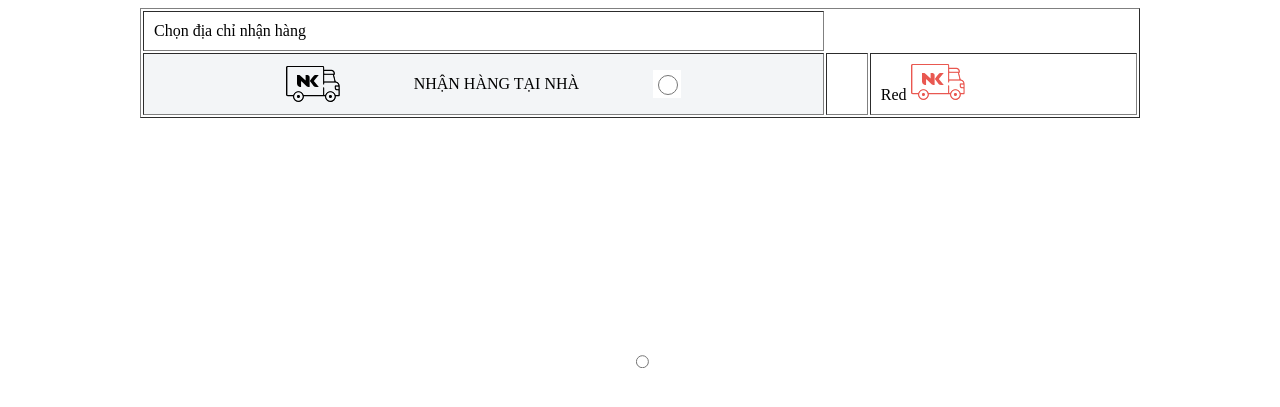
Repository: Tan-Khang21/TH_TKW--Buoi_04
Page: Bai_Tap_Tren_Lop/Bai_03/Bai_03.html
An editor plug-in stored every save of this project. The page is shown before and after the next save, followed by the edit.
The browser window is 1280 px wide. The pictures show the whole page.

Above is the page before, as saved 2024-03-07 22:38:08.

### Bai_Tap_Tren_Lop/Bai_03/Bai_03.html
<!DOCTYPE html>
<html lang="en">
  <head>
    <meta charset="UTF-8" />
    <meta name="viewport" content="width=device-width, initial-scale=1.0" />
    <link rel="stylesheet" href="style.css" />
    <title>Document</title>
  </head>
  <style>
    #redRadio:checked ~ #icon path {
      fill: yellow;
    }
  </style>
  <body>
    <form style="width: 1000px; margin: 0 auto">
      <table border="1px" cellpadding="10px" style="width: 1000px">
        <tr>
          <td>Chọn địa chỉ nhận hàng</td>
        </tr>
        <tr>
          <td align="center" bgcolor="#f3f5f7">
            <div
              style="
                width: 60%;
                display: flex;
                align-items: center;
                justify-content: space-between;
              "
            >
              <svg
                id="icon"
                width="54"
                height="36"
                viewBox="0 0 54 36"
                fill="none"
              >
                <path
                  d="M44.4198 36C41.4513 36 39.0225 33.5712 39.0225 30.6027C39.0225 30.4138 38.8606 30.1709 38.6717 30.1709H18.1889C18 30.1709 17.8381 30.3328 17.8381 30.5217C17.8381 33.5442 15.4093 35.973 12.4408 35.973C9.47226 35.973 7.04348 33.5442 7.04348 30.5757C7.04348 30.3868 6.88156 30.1439 6.69265 30.1439H1.75412C0.944528 30.1439 0.134933 29.5232 0 28.8486V28.6597V1.51124C0 0.674663 0.944528 0 1.75412 0H36.6477C37.4843 0 38.1589 0.674663 38.1589 1.51124V3.50825C38.1589 3.69715 38.3208 3.85907 38.5097 3.85907H45.3643C47.2804 3.85907 48.8186 5.3973 48.8186 7.31334V8.28486C48.8186 8.52774 48.6297 8.77061 48.3868 8.82459C48.2789 8.85157 48.1979 8.90555 48.1439 8.98651C48.09 9.06747 48.09 9.17541 48.09 9.25637L49.6012 15.2744C49.6282 15.4093 49.7631 15.5172 49.8981 15.5442C52.03 15.8681 53.6492 17.7571 53.6492 19.916V29.6042C53.6492 29.901 53.4063 30.1439 53.1095 30.1439H50.1409C49.952 30.1439 49.7901 30.3058 49.7901 30.4948C49.8171 33.5712 47.3883 36 44.4198 36ZM44.4198 26.2849C42.045 26.2849 40.1289 28.2279 40.1289 30.5757C40.1289 32.9235 42.072 34.8666 44.4198 34.8666C46.7946 34.8666 48.7107 32.9505 48.7107 30.5757C48.7107 28.2009 46.7946 26.2849 44.4198 26.2849ZM12.4408 26.2849C10.066 26.2849 8.14993 28.2279 8.14993 30.5757C8.14993 32.9235 10.093 34.8666 12.4408 34.8666C14.7886 34.8666 16.7316 32.9775 16.7316 30.6027C16.7316 28.2279 14.7886 26.2849 12.4408 26.2849ZM44.4198 25.2054C46.7136 25.2054 48.7646 26.6627 49.5202 28.8486C49.5742 28.9835 49.7092 29.0915 49.8711 29.0915H52.2459C52.4348 29.0915 52.5967 28.9295 52.5967 28.7406V24.7196C52.5967 24.5307 52.4348 24.3688 52.2459 24.3688H51.2204C49.8441 24.3688 48.7376 23.2624 48.7376 21.8861V19.943C48.7376 19.6462 48.9805 19.4033 49.2774 19.4033H52.084C52.1919 19.4033 52.2999 19.3493 52.3808 19.2414C52.4348 19.1604 52.4618 19.0255 52.4348 18.9175C52.003 17.5412 50.7077 16.5967 49.2774 16.5967H38.5637C38.3748 16.5967 38.2129 16.7586 38.2129 16.9475V17.973C38.2129 18.2699 37.97 18.5127 37.6732 18.5127C37.3763 18.5127 37.1334 18.2699 37.1334 17.973V1.51124C37.1334 1.32234 36.9175 1.07946 36.7017 1.07946H1.75412C1.56522 1.07946 1.34933 1.32234 1.34933 1.51124V28.6597C1.34933 28.8486 1.56522 29.0915 1.78111 29.0915H7.01649C7.17841 29.0915 7.31334 28.9835 7.36732 28.8486C8.12294 26.6627 10.1739 25.2054 12.4678 25.2054C14.7616 25.2054 16.8126 26.6627 17.5682 28.8486C17.6222 28.9835 17.7571 29.0915 17.919 29.0915H36.7826C36.9715 29.0915 37.1334 28.9295 37.1334 28.7406V21.8861C37.1334 21.5892 37.3763 21.3463 37.6732 21.3463C37.97 21.3463 38.2129 21.5892 38.2129 21.8861V28.7406C38.2129 28.9295 38.3748 29.0915 38.5637 29.0915H38.9955C39.1574 29.0915 39.2924 28.9835 39.3463 28.8486C40.075 26.6627 42.1259 25.2054 44.4198 25.2054ZM50.1679 20.4828C49.979 20.4828 49.8171 20.6447 49.8171 20.8336V21.8591C49.8171 22.6147 50.4378 23.2624 51.2204 23.2624H52.2459C52.4348 23.2624 52.5967 23.1005 52.5967 22.9115V20.8606C52.5967 20.6717 52.4348 20.5097 52.2459 20.5097H50.1679V20.4828ZM38.5367 8.85157C38.3478 8.85157 38.1859 9.01349 38.1859 9.2024V15.1394C38.1859 15.3283 38.3478 15.4903 38.5367 15.4903H48.09C48.1979 15.4903 48.3059 15.4363 48.3868 15.3553C48.4678 15.2744 48.4678 15.1394 48.4408 15.0315L46.9565 9.09445C46.9026 8.93253 46.7676 8.82459 46.6057 8.82459H38.5367V8.85157ZM38.5367 4.96552C38.3478 4.96552 38.1859 5.12744 38.1859 5.31634V7.36732C38.1859 7.55622 38.3478 7.71814 38.5367 7.71814H47.3883C47.5772 7.71814 47.7391 7.55622 47.7391 7.36732C47.7391 6.01799 46.6867 4.93853 45.3643 4.93853H38.5367V4.96552Z"
                  fill="black"
                />
                <path
                  d="M44.4198 35.7301C41.5862 35.7301 39.2923 33.4363 39.2923 30.6027C39.2923 30.2789 39.0225 29.9011 38.6716 29.9011H18.1889C17.8381 29.9011 17.5682 30.1979 17.5682 30.5217C17.5682 31.925 17.0285 33.2204 16.0569 34.1919C15.0854 35.1634 13.8171 35.7032 12.4408 35.7032C9.60717 35.7032 7.31331 33.4093 7.31331 30.5757C7.31331 30.2519 7.04345 29.8741 6.69262 29.8741H1.75409C1.07943 29.8741 0.377782 29.3613 0.269836 28.7946V28.6327V1.51125C0.269836 0.836584 1.07943 0.269867 1.75409 0.269867H36.6476C37.3223 0.269867 37.889 0.836584 37.889 1.51125V3.50825C37.889 3.85907 38.1859 4.12894 38.5097 4.12894H45.3643C47.1184 4.12894 48.5487 5.55922 48.5487 7.31335V8.28486C48.5487 8.41979 48.4677 8.52774 48.3328 8.55472C48.1709 8.58171 48.009 8.68966 47.928 8.82459C47.847 8.95952 47.8201 9.14843 47.847 9.31035L49.3583 15.3283C49.4123 15.5712 49.6282 15.7601 49.871 15.8141C51.895 16.1109 53.4063 17.8921 53.4063 19.916V29.6042C53.4063 29.7661 53.2713 29.8741 53.1364 29.8741H50.1679C49.8171 29.8741 49.5472 30.1709 49.5472 30.4948C49.5472 31.8981 49.0075 33.1934 48.036 34.1649C47.0644 35.1904 45.7961 35.7301 44.4198 35.7301ZM44.4198 26.015C41.91 26.015 39.859 28.066 39.859 30.5757C39.859 33.0855 41.91 35.1364 44.4198 35.1364C46.9295 35.1364 48.9805 33.0855 48.9805 30.5757C48.9805 28.066 46.9295 26.015 44.4198 26.015ZM12.4408 26.015C9.93101 26.015 7.88003 28.066 7.88003 30.5757C7.88003 33.0855 9.93101 35.1364 12.4408 35.1364C14.9505 35.1364 17.0015 33.1124 17.0015 30.6027C17.0015 28.066 14.9505 26.015 12.4408 26.015ZM44.4198 25.4753C46.6057 25.4753 48.5487 26.8516 49.2503 28.9295C49.3313 29.1724 49.5742 29.3613 49.844 29.3613H52.2189C52.5697 29.3613 52.8396 29.0645 52.8396 28.7406V24.7196C52.8396 24.3688 52.5427 24.099 52.2189 24.099H51.1934C49.979 24.099 48.9805 23.1005 48.9805 21.8861V19.943C48.9805 19.7811 49.1154 19.6732 49.2503 19.6732H52.0839C52.2728 19.6732 52.4887 19.5652 52.5967 19.4033C52.7046 19.2414 52.7586 19.0255 52.6776 18.8366C52.1919 17.3523 50.8156 16.3268 49.2503 16.3268H38.5367C38.1859 16.3268 37.916 16.6237 37.916 16.9475V17.973C37.916 18.1349 37.7811 18.2429 37.6461 18.2429C37.4842 18.2429 37.3763 18.1079 37.3763 17.973V1.51125C37.3763 1.16042 37.0255 0.809597 36.6746 0.809597H1.75409C1.40327 0.809597 1.07943 1.16042 1.07943 1.51125V28.6597C1.07943 29.0105 1.43026 29.3613 1.78108 29.3613H7.01646C7.28633 29.3613 7.52921 29.1994 7.61017 28.9295C8.3388 26.8516 10.2818 25.4753 12.4408 25.4753C14.6267 25.4753 16.5697 26.8516 17.2713 28.9295C17.3523 29.1724 17.5952 29.3613 17.865 29.3613H36.7286C37.0794 29.3613 37.3493 29.0645 37.3493 28.7406V21.8861C37.3493 21.7241 37.4842 21.6162 37.6192 21.6162C37.7541 21.6162 37.889 21.7511 37.889 21.8861V28.7406C37.889 29.0915 38.1859 29.3613 38.5097 29.3613H38.9415C39.2114 29.3613 39.4542 29.1994 39.5352 28.9295C40.2908 26.8516 42.2339 25.4753 44.4198 25.4753ZM50.1679 20.2129C49.8171 20.2129 49.5472 20.5097 49.5472 20.8336V21.8591C49.5472 22.7766 50.3028 23.5322 51.2204 23.5322H52.2458C52.5967 23.5322 52.8665 23.2354 52.8665 22.9115V20.8606C52.8665 20.5097 52.5697 20.2399 52.2458 20.2399H50.1679V20.2129ZM38.5367 8.58171C38.1859 8.58171 37.916 8.87856 37.916 9.2024V15.1394C37.916 15.4903 38.2129 15.7601 38.5367 15.7601H48.0899C48.2788 15.7601 48.4677 15.6792 48.6027 15.5172C48.7106 15.3553 48.7646 15.1664 48.7106 14.9775L47.2264 9.04048C47.1454 8.77062 46.9025 8.55472 46.6057 8.55472H38.5367V8.58171ZM38.5367 4.69565C38.1859 4.69565 37.916 4.99251 37.916 5.31634V7.36732C37.916 7.71814 38.2129 7.98801 38.5367 7.98801H47.3883C47.7391 7.98801 48.009 7.69116 48.009 7.36732C48.009 5.85607 46.8485 4.66867 45.3643 4.66867H38.5367V4.69565Z"
                  fill="black"
                />
                <path
                  d="M12.4408 32.114C11.6042 32.114 10.9296 31.4393 10.9296 30.6027C10.9296 29.7661 11.6042 29.0915 12.4408 29.0915C13.2774 29.0915 13.9521 29.7661 13.9521 30.6027C13.9521 31.4393 13.2774 32.114 12.4408 32.114Z"
                  fill="black"
                />
                <path
                  d="M12.4408 31.8441C11.7661 31.8441 11.1994 31.2774 11.1994 30.6027C11.1994 29.928 11.7661 29.3613 12.4408 29.3613C13.1154 29.3613 13.6822 29.928 13.6822 30.6027C13.6822 31.2774 13.1154 31.8441 12.4408 31.8441Z"
                  fill="black"
                />
                <path
                  d="M44.4198 32.114C43.5832 32.114 42.9086 31.4393 42.9086 30.6027C42.9086 29.7661 43.5832 29.0915 44.4198 29.0915C45.2564 29.0915 45.9311 29.7661 45.9311 30.6027C45.9311 31.4393 45.2564 32.114 44.4198 32.114Z"
                  fill="black"
                />
                <path
                  d="M44.4198 31.8441C43.7451 31.8441 43.1784 31.2774 43.1784 30.6027C43.1784 29.928 43.7451 29.3613 44.4198 29.3613C45.0944 29.3613 45.6612 29.928 45.6612 30.6027C45.6612 31.2774 45.0944 31.8441 44.4198 31.8441Z"
                  fill="black"
                />
                <path
                  d="M15.0767 14.8238V20.9712C14.8826 21.0359 14.6884 20.9712 14.559 20.9712C14.1061 20.9712 13.7178 20.9065 13.2648 20.7771C12.0354 20.3889 11.3235 19.5476 11.1294 18.3182C11.0647 17.9299 11 17.5416 11 17.2181C11 14.565 11 11.9119 11 9.32355V9C11.0647 9 11.0647 9 11.1294 9C11.7118 9 12.2942 9 12.8766 9.06471C13.2001 9.06471 13.5237 9.12942 13.7825 9.25884C14.0413 9.32355 14.2355 9.51768 14.4296 9.64709C16.0473 11.2001 17.7298 12.8179 19.3475 14.3709C19.4122 14.4356 19.4769 14.5003 19.5416 14.565C19.6063 14.5003 19.6064 14.4356 19.6064 14.3709C19.6064 13.7885 19.6064 13.2061 19.6064 12.6237V9.25884V9C20.1887 9 20.7711 9 21.2888 9C21.5476 9 21.8712 9.06471 22.13 9.12942C22.9712 9.32355 23.4242 9.84122 23.5536 10.6824C23.6183 10.9413 23.6183 11.2001 23.6183 11.459C23.6183 12.6237 23.6183 13.7885 23.6183 14.9533C23.6183 16.8945 23.6183 18.9005 23.6183 20.8418C23.6183 20.9065 23.6183 20.9065 23.6183 20.9712H23.5536C22.8418 20.9712 22.1947 20.9065 21.5476 20.7124C21.1594 20.583 20.8358 20.3889 20.577 20.13C19.2181 18.8358 17.8592 17.5416 16.5003 16.2475C16.0473 15.7945 15.5944 15.4062 15.1414 14.9533C15.2061 14.9533 15.1414 14.8886 15.0767 14.8238Z"
                  fill="black"
                />
                <path
                  d="M32.807 20.9712C32.7423 20.9712 32.6776 20.9712 32.6776 20.9712C31.6423 20.9712 30.6069 20.9712 29.5716 20.9712C29.3127 20.9712 29.0539 20.9065 28.8598 20.8418C28.3421 20.7124 27.9538 20.3889 27.6303 20.0006C26.4008 18.3182 25.1713 16.7004 23.8771 15.018L23.8124 14.9533C24.0713 14.6297 24.2654 14.2415 24.5242 13.9179C25.4302 12.6237 26.4008 11.3942 27.4362 10.1648C27.5009 10.0354 27.695 9.84122 27.8244 9.64709C28.2127 9.25884 28.6656 9.06471 29.1833 9C29.4422 9 29.7657 9 30.0245 9C30.8658 9 31.707 9 32.4835 9H32.7423C31.0599 10.9413 29.3774 12.8826 27.8244 15.018C29.5069 17.024 31.1246 18.9652 32.807 20.9712Z"
                  fill="black"
                />
              </svg>
              <label for="redRadio">NHẬN HÀNG TẠI NHÀ</label>
              <div
                style="
                  width: 28px;
                  height: 28px;
                  background-color: white;
                  position: relative;
                "
              >
                <input
                  type="radio"
                  id="redRadio"
                  name="color"
                  value="red"
                  style="
                    accent-color: red;
                    width: 20px;
                    height: 20px;
                    background-color: white;
                    box-sizing: border-box;
                    position: absolute;
                    top: 50%;
                    left: 50%;
                    transform: translate(-70%, -60%);
                  "
                />
              </div>
            </div>
          </td>
          <td style="width: 20px"></td>
          <td>
            <input type="radio" id="redRadio" name="color" value="red" style="accent-color: red;position: absolute;
            top: 50%;
            left: 50%;
            transform: translate(-70%, -60%);" />

            <label for="redRadio">Red</label>

            <svg id="icon" width="54" height="36" viewBox="0 0 54 36" fill="none" xmlns="http://www.w3.org/2000/svg">
                <g clip-path="url(#clip0)">
                <path d="M44.4198 36C41.4513 36 39.0225 33.5712 39.0225 30.6027C39.0225 30.4138 38.8606 30.1709 38.6717 30.1709H18.1889C18 30.1709 17.8381 30.3328 17.8381 30.5217C17.8381 33.5442 15.4093 35.973 12.4408 35.973C9.47226 35.973 7.04348 33.5442 7.04348 30.5757C7.04348 30.3868 6.88156 30.1439 6.69265 30.1439H1.75412C0.944528 30.1439 0.134933 29.5232 0 28.8486V28.6597V1.51124C0 0.674663 0.944528 0 1.75412 0H36.6477C37.4843 0 38.1589 0.674663 38.1589 1.51124V3.50825C38.1589 3.69715 38.3208 3.85907 38.5097 3.85907H45.3643C47.2804 3.85907 48.8186 5.3973 48.8186 7.31334V8.28486C48.8186 8.52774 48.6297 8.77061 48.3868 8.82459C48.2789 8.85157 48.1979 8.90555 48.1439 8.98651C48.09 9.06747 48.09 9.17541 48.09 9.25637L49.6012 15.2744C49.6282 15.4093 49.7631 15.5172 49.8981 15.5442C52.03 15.8681 53.6492 17.7571 53.6492 19.916V29.6042C53.6492 29.901 53.4063 30.1439 53.1095 30.1439H50.1409C49.952 30.1439 49.7901 30.3058 49.7901 30.4948C49.8171 33.5712 47.3883 36 44.4198 36ZM44.4198 26.2849C42.045 26.2849 40.1289 28.2279 40.1289 30.5757C40.1289 32.9235 42.072 34.8666 44.4198 34.8666C46.7946 34.8666 48.7107 32.9505 48.7107 30.5757C48.7107 28.2009 46.7946 26.2849 44.4198 26.2849ZM12.4408 26.2849C10.066 26.2849 8.14993 28.2279 8.14993 30.5757C8.14993 32.9235 10.093 34.8666 12.4408 34.8666C14.7886 34.8666 16.7316 32.9775 16.7316 30.6027C16.7316 28.2279 14.7886 26.2849 12.4408 26.2849ZM44.4198 25.2054C46.7136 25.2054 48.7646 26.6627 49.5202 28.8486C49.5742 28.9835 49.7092 29.0915 49.8711 29.0915H52.2459C52.4348 29.0915 52.5967 28.9295 52.5967 28.7406V24.7196C52.5967 24.5307 52.4348 24.3688 52.2459 24.3688H51.2204C49.8441 24.3688 48.7376 23.2624 48.7376 21.8861V19.943C48.7376 19.6462 48.9805 19.4033 49.2774 19.4033H52.084C52.1919 19.4033 52.2999 19.3493 52.3808 19.2414C52.4348 19.1604 52.4618 19.0255 52.4348 18.9175C52.003 17.5412 50.7077 16.5967 49.2774 16.5967H38.5637C38.3748 16.5967 38.2129 16.7586 38.2129 16.9475V17.973C38.2129 18.2699 37.97 18.5127 37.6732 18.5127C37.3763 18.5127 37.1334 18.2699 37.1334 17.973V1.51124C37.1334 1.32234 36.9175 1.07946 36.7017 1.07946H1.75412C1.56522 1.07946 1.34933 1.32234 1.34933 1.51124V28.6597C1.34933 28.8486 1.56522 29.0915 1.78111 29.0915H7.01649C7.17841 29.0915 7.31334 28.9835 7.36732 28.8486C8.12294 26.6627 10.1739 25.2054 12.4678 25.2054C14.7616 25.2054 16.8126 26.6627 17.5682 28.8486C17.6222 28.9835 17.7571 29.0915 17.919 29.0915H36.7826C36.9715 29.0915 37.1334 28.9295 37.1334 28.7406V21.8861C37.1334 21.5892 37.3763 21.3463 37.6732 21.3463C37.97 21.3463 38.2129 21.5892 38.2129 21.8861V28.7406C38.2129 28.9295 38.3748 29.0915 38.5637 29.0915H38.9955C39.1574 29.0915 39.2924 28.9835 39.3463 28.8486C40.075 26.6627 42.1259 25.2054 44.4198 25.2054ZM50.1679 20.4828C49.979 20.4828 49.8171 20.6447 49.8171 20.8336V21.8591C49.8171 22.6147 50.4378 23.2624 51.2204 23.2624H52.2459C52.4348 23.2624 52.5967 23.1005 52.5967 22.9115V20.8606C52.5967 20.6717 52.4348 20.5097 52.2459 20.5097H50.1679V20.4828ZM38.5367 8.85157C38.3478 8.85157 38.1859 9.01349 38.1859 9.2024V15.1394C38.1859 15.3283 38.3478 15.4903 38.5367 15.4903H48.09C48.1979 15.4903 48.3059 15.4363 48.3868 15.3553C48.4678 15.2744 48.4678 15.1394 48.4408 15.0315L46.9565 9.09445C46.9026 8.93253 46.7676 8.82459 46.6057 8.82459H38.5367V8.85157ZM38.5367 4.96552C38.3478 4.96552 38.1859 5.12744 38.1859 5.31634V7.36732C38.1859 7.55622 38.3478 7.71814 38.5367 7.71814H47.3883C47.5772 7.71814 47.7391 7.55622 47.7391 7.36732C47.7391 6.01799 46.6867 4.93853 45.3643 4.93853H38.5367V4.96552Z" fill="#E95851"/>
                <path d="M44.4198 35.7301C41.5862 35.7301 39.2923 33.4363 39.2923 30.6027C39.2923 30.2789 39.0225 29.9011 38.6716 29.9011H18.1889C17.8381 29.9011 17.5682 30.1979 17.5682 30.5217C17.5682 31.925 17.0285 33.2204 16.0569 34.1919C15.0854 35.1634 13.8171 35.7032 12.4408 35.7032C9.60717 35.7032 7.31331 33.4093 7.31331 30.5757C7.31331 30.2519 7.04345 29.8741 6.69262 29.8741H1.75409C1.07943 29.8741 0.377782 29.3613 0.269836 28.7946V28.6327V1.51125C0.269836 0.836584 1.07943 0.269867 1.75409 0.269867H36.6476C37.3223 0.269867 37.889 0.836584 37.889 1.51125V3.50825C37.889 3.85907 38.1859 4.12894 38.5097 4.12894H45.3643C47.1184 4.12894 48.5487 5.55922 48.5487 7.31335V8.28486C48.5487 8.41979 48.4677 8.52774 48.3328 8.55472C48.1709 8.58171 48.009 8.68966 47.928 8.82459C47.847 8.95952 47.8201 9.14843 47.847 9.31035L49.3583 15.3283C49.4123 15.5712 49.6282 15.7601 49.871 15.8141C51.895 16.1109 53.4063 17.8921 53.4063 19.916V29.6042C53.4063 29.7661 53.2713 29.8741 53.1364 29.8741H50.1679C49.8171 29.8741 49.5472 30.1709 49.5472 30.4948C49.5472 31.8981 49.0075 33.1934 48.036 34.1649C47.0644 35.1904 45.7961 35.7301 44.4198 35.7301ZM44.4198 26.015C41.91 26.015 39.859 28.066 39.859 30.5757C39.859 33.0855 41.91 35.1364 44.4198 35.1364C46.9295 35.1364 48.9805 33.0855 48.9805 30.5757C48.9805 28.066 46.9295 26.015 44.4198 26.015ZM12.4408 26.015C9.93101 26.015 7.88003 28.066 7.88003 30.5757C7.88003 33.0855 9.93101 35.1364 12.4408 35.1364C14.9505 35.1364 17.0015 33.1124 17.0015 30.6027C17.0015 28.066 14.9505 26.015 12.4408 26.015ZM44.4198 25.4753C46.6057 25.4753 48.5487 26.8516 49.2503 28.9295C49.3313 29.1724 49.5742 29.3613 49.844 29.3613H52.2189C52.5697 29.3613 52.8396 29.0645 52.8396 28.7406V24.7196C52.8396 24.3688 52.5427 24.099 52.2189 24.099H51.1934C49.979 24.099 48.9805 23.1005 48.9805 21.8861V19.943C48.9805 19.7811 49.1154 19.6732 49.2503 19.6732H52.0839C52.2728 19.6732 52.4887 19.5652 52.5967 19.4033C52.7046 19.2414 52.7586 19.0255 52.6776 18.8366C52.1919 17.3523 50.8156 16.3268 49.2503 16.3268H38.5367C38.1859 16.3268 37.916 16.6237 37.916 16.9475V17.973C37.916 18.1349 37.7811 18.2429 37.6461 18.2429C37.4842 18.2429 37.3763 18.1079 37.3763 17.973V1.51125C37.3763 1.16042 37.0255 0.809597 36.6746 0.809597H1.75409C1.40327 0.809597 1.07943 1.16042 1.07943 1.51125V28.6597C1.07943 29.0105 1.43026 29.3613 1.78108 29.3613H7.01646C7.28633 29.3613 7.52921 29.1994 7.61017 28.9295C8.3388 26.8516 10.2818 25.4753 12.4408 25.4753C14.6267 25.4753 16.5697 26.8516 17.2713 28.9295C17.3523 29.1724 17.5952 29.3613 17.865 29.3613H36.7286C37.0794 29.3613 37.3493 29.0645 37.3493 28.7406V21.8861C37.3493 21.7241 37.4842 21.6162 37.6192 21.6162C37.7541 21.6162 37.889 21.7511 37.889 21.8861V28.7406C37.889 29.0915 38.1859 29.3613 38.5097 29.3613H38.9415C39.2114 29.3613 39.4542 29.1994 39.5352 28.9295C40.2908 26.8516 42.2339 25.4753 44.4198 25.4753ZM50.1679 20.2129C49.8171 20.2129 49.5472 20.5097 49.5472 20.8336V21.8591C49.5472 22.7766 50.3028 23.5322 51.2204 23.5322H52.2458C52.5967 23.5322 52.8665 23.2354 52.8665 22.9115V20.8606C52.8665 20.5097 52.5697 20.2399 52.2458 20.2399H50.1679V20.2129ZM38.5367 8.58171C38.1859 8.58171 37.916 8.87856 37.916 9.2024V15.1394C37.916 15.4903 38.2129 15.7601 38.5367 15.7601H48.0899C48.2788 15.7601 48.4677 15.6792 48.6027 15.5172C48.7106 15.3553 48.7646 15.1664 48.7106 14.9775L47.2264 9.04048C47.1454 8.77062 46.9025 8.55472 46.6057 8.55472H38.5367V8.58171ZM38.5367 4.69565C38.1859 4.69565 37.916 4.99251 37.916 5.31634V7.36732C37.916 7.71814 38.2129 7.98801 38.5367 7.98801H47.3883C47.7391 7.98801 48.009 7.69116 48.009 7.36732C48.009 5.85607 46.8485 4.66867 45.3643 4.66867H38.5367V4.69565Z" fill="#E95851"/>
                <path d="M12.4408 32.114C11.6042 32.114 10.9296 31.4393 10.9296 30.6027C10.9296 29.7661 11.6042 29.0915 12.4408 29.0915C13.2774 29.0915 13.9521 29.7661 13.9521 30.6027C13.9521 31.4393 13.2774 32.114 12.4408 32.114Z" fill="#E95851"/>
                <path d="M12.4408 31.8441C11.7661 31.8441 11.1994 31.2774 11.1994 30.6027C11.1994 29.928 11.7661 29.3613 12.4408 29.3613C13.1154 29.3613 13.6822 29.928 13.6822 30.6027C13.6822 31.2774 13.1154 31.8441 12.4408 31.8441Z" fill="#E95851"/>
                <path d="M44.4198 32.114C43.5832 32.114 42.9086 31.4393 42.9086 30.6027C42.9086 29.7661 43.5832 29.0915 44.4198 29.0915C45.2564 29.0915 45.9311 29.7661 45.9311 30.6027C45.9311 31.4393 45.2564 32.114 44.4198 32.114Z" fill="#E95851"/>
                <path d="M44.4198 31.8441C43.7451 31.8441 43.1784 31.2774 43.1784 30.6027C43.1784 29.928 43.7451 29.3613 44.4198 29.3613C45.0944 29.3613 45.6612 29.928 45.6612 30.6027C45.6612 31.2774 45.0944 31.8441 44.4198 31.8441Z" fill="#E95851"/>
                <path d="M15.0767 14.8238V20.9712C14.8826 21.0359 14.6884 20.9712 14.559 20.9712C14.1061 20.9712 13.7178 20.9065 13.2648 20.7771C12.0354 20.3889 11.3235 19.5476 11.1294 18.3182C11.0647 17.9299 11 17.5416 11 17.2181C11 14.565 11 11.9119 11 9.32355V9C11.0647 9 11.0647 9 11.1294 9C11.7118 9 12.2942 9 12.8766 9.06471C13.2001 9.06471 13.5237 9.12942 13.7825 9.25884C14.0413 9.32355 14.2355 9.51768 14.4296 9.64709C16.0473 11.2001 17.7298 12.8179 19.3475 14.3709C19.4122 14.4356 19.4769 14.5003 19.5416 14.565C19.6063 14.5003 19.6064 14.4356 19.6064 14.3709C19.6064 13.7885 19.6064 13.2061 19.6064 12.6237V9.25884V9C20.1887 9 20.7711 9 21.2888 9C21.5476 9 21.8712 9.06471 22.13 9.12942C22.9712 9.32355 23.4242 9.84122 23.5536 10.6824C23.6183 10.9413 23.6183 11.2001 23.6183 11.459C23.6183 12.6237 23.6183 13.7885 23.6183 14.9533C23.6183 16.8945 23.6183 18.9005 23.6183 20.8418C23.6183 20.9065 23.6183 20.9065 23.6183 20.9712H23.5536C22.8418 20.9712 22.1947 20.9065 21.5476 20.7124C21.1594 20.583 20.8358 20.3889 20.577 20.13C19.2181 18.8358 17.8592 17.5416 16.5003 16.2475C16.0473 15.7945 15.5944 15.4062 15.1414 14.9533C15.2061 14.9533 15.1414 14.8886 15.0767 14.8238Z" fill="#E95851"/>
                <path d="M32.807 20.9712C32.7423 20.9712 32.6776 20.9712 32.6776 20.9712C31.6423 20.9712 30.6069 20.9712 29.5716 20.9712C29.3127 20.9712 29.0539 20.9065 28.8598 20.8418C28.3421 20.7124 27.9538 20.3889 27.6303 20.0006C26.4008 18.3182 25.1713 16.7004 23.8771 15.018L23.8124 14.9533C24.0713 14.6297 24.2654 14.2415 24.5242 13.9179C25.4302 12.6237 26.4008 11.3942 27.4362 10.1648C27.5009 10.0354 27.695 9.84122 27.8244 9.64709C28.2127 9.25884 28.6656 9.06471 29.1833 9C29.4422 9 29.7657 9 30.0245 9C30.8658 9 31.707 9 32.4835 9H32.7423C31.0599 10.9413 29.3774 12.8826 27.8244 15.018C29.5069 17.024 31.1246 18.9652 32.807 20.9712Z" fill="#E95851"/>
                </g>
                <defs>
                <clipPath id="clip0">
                <rect width="53.7032" height="36" fill="white"/>
                </clipPath>
                </defs>
                </svg>
          </td>
        </tr>
      </table>
    </form>
  </body>
</html>

### Bai_Tap_Tren_Lop/Bai_03/style.css
#label {
    color: black; /* Màu chữ mặc định */
}

#myCheckbox:checked + #label {
    color: red; /* Màu chữ thay đổi khi checkbox được check */
}

After the next save:
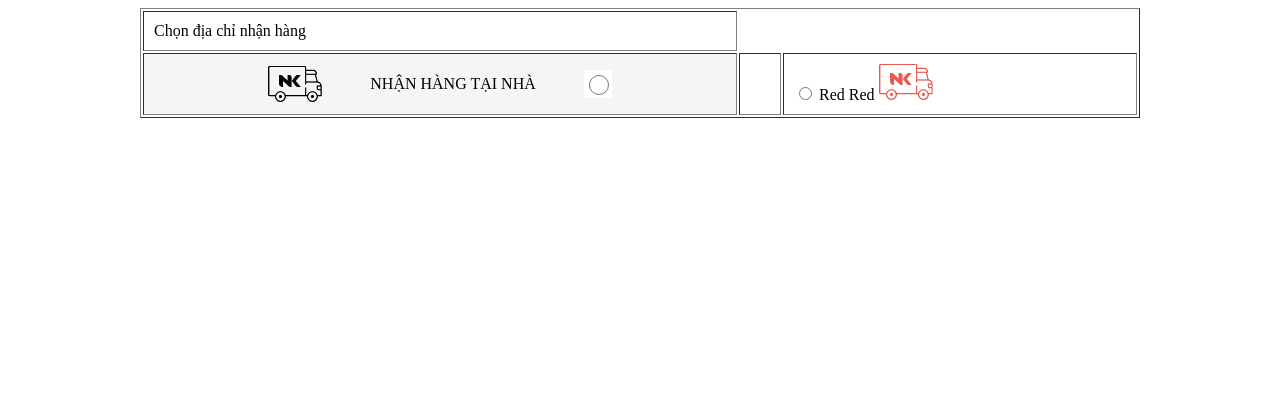
Saved 48 s later.
--- a/Bai_Tap_Tren_Lop/Bai_03/Bai_03.html
+++ b/Bai_Tap_Tren_Lop/Bai_03/Bai_03.html
@@ -98,10 +98,8 @@
           </td>
           <td style="width: 20px"></td>
           <td>
-            <input type="radio" id="redRadio" name="color" value="red" style="accent-color: red;position: absolute;
-            top: 50%;
-            left: 50%;
-            transform: translate(-70%, -60%);" />
+            <input type="radio" id="redRadio" name="color" value="red">
+            <label for="redRadio">Red</label>
 
             <label for="redRadio">Red</label>
 
